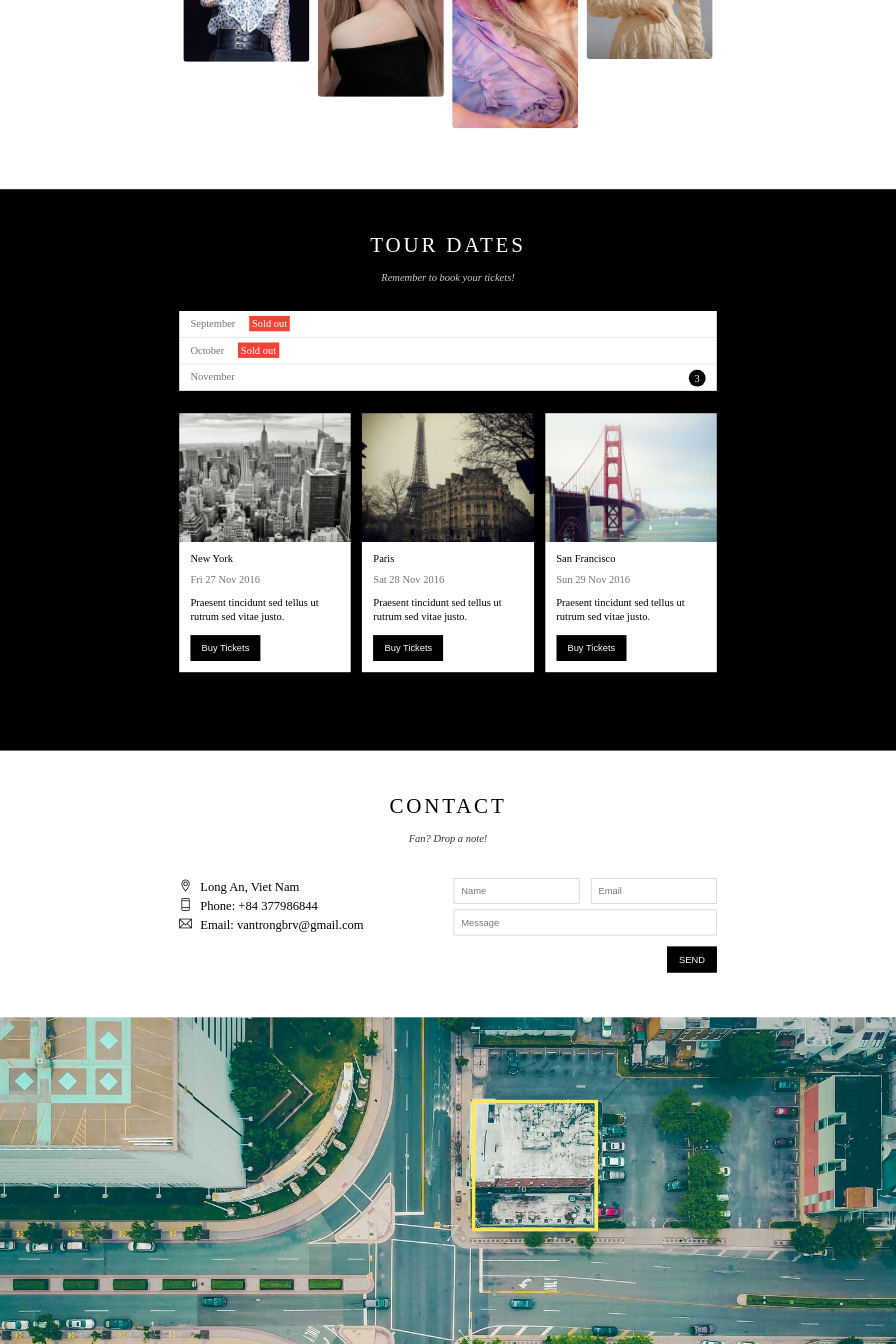
Repository: vanntrong/w3_band
Page: index.html
These files come from the project's save history. The page is drawn as it stood at one moment and after the next save; the edit follows.
The browser window is 1280 px wide. The pictures show the part of the page from y = 1416 to 3336 px (the page is 3777 px tall before and 3758 px after), at 70% of full size.

Above is the page before, as saved 2021-08-27 19:29:44.

After the next save:
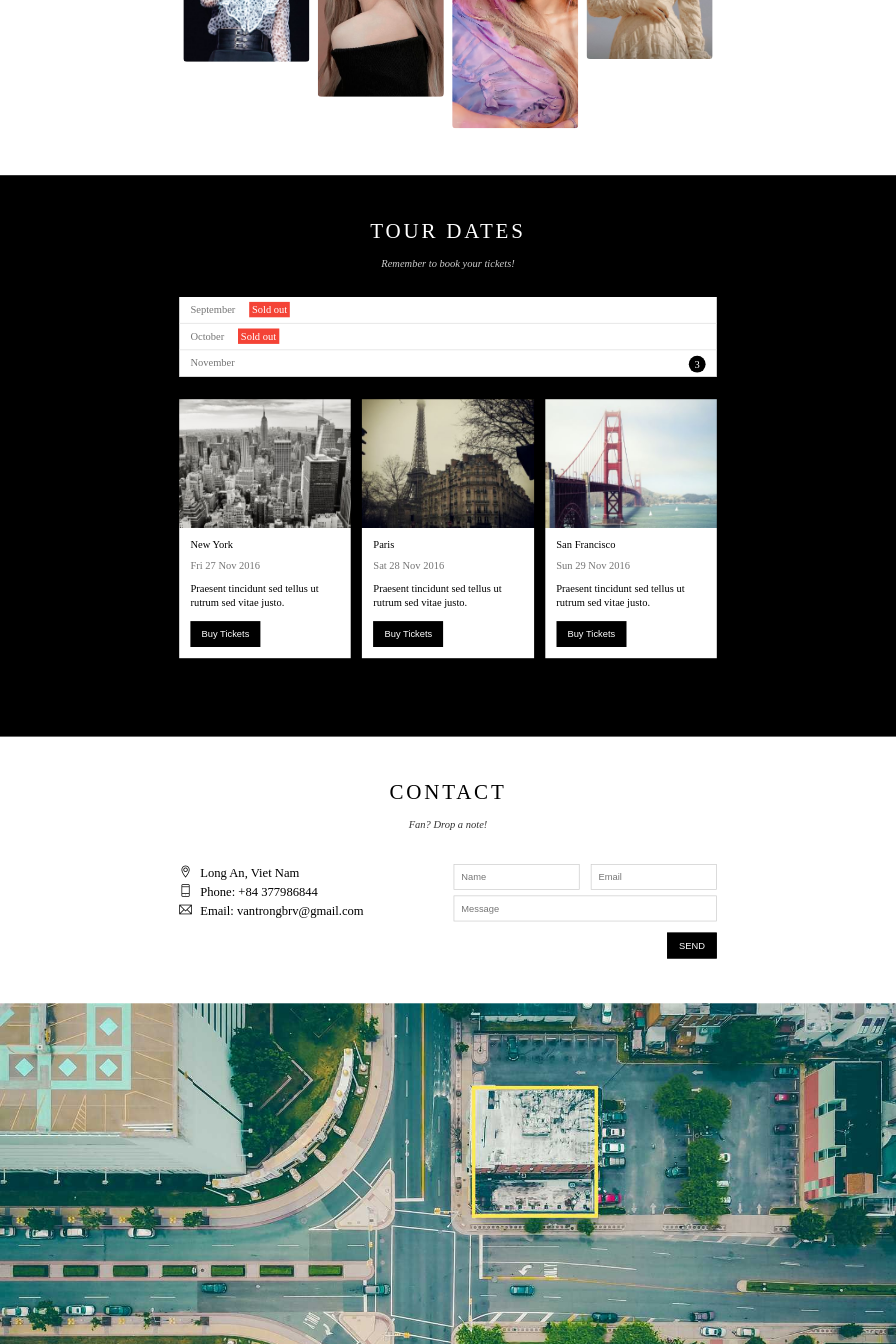
Saved 2 min 23 s later.
--- a/assest/css/index.css
+++ b/assest/css/index.css
@@ -240,9 +240,9 @@
   padding-right: 16px;
 }
 
-#content #about {
+/* #content #about {
   height: 1000px;
-}
+} */
 
 #content .section-heading {
   font-size: 30px;
